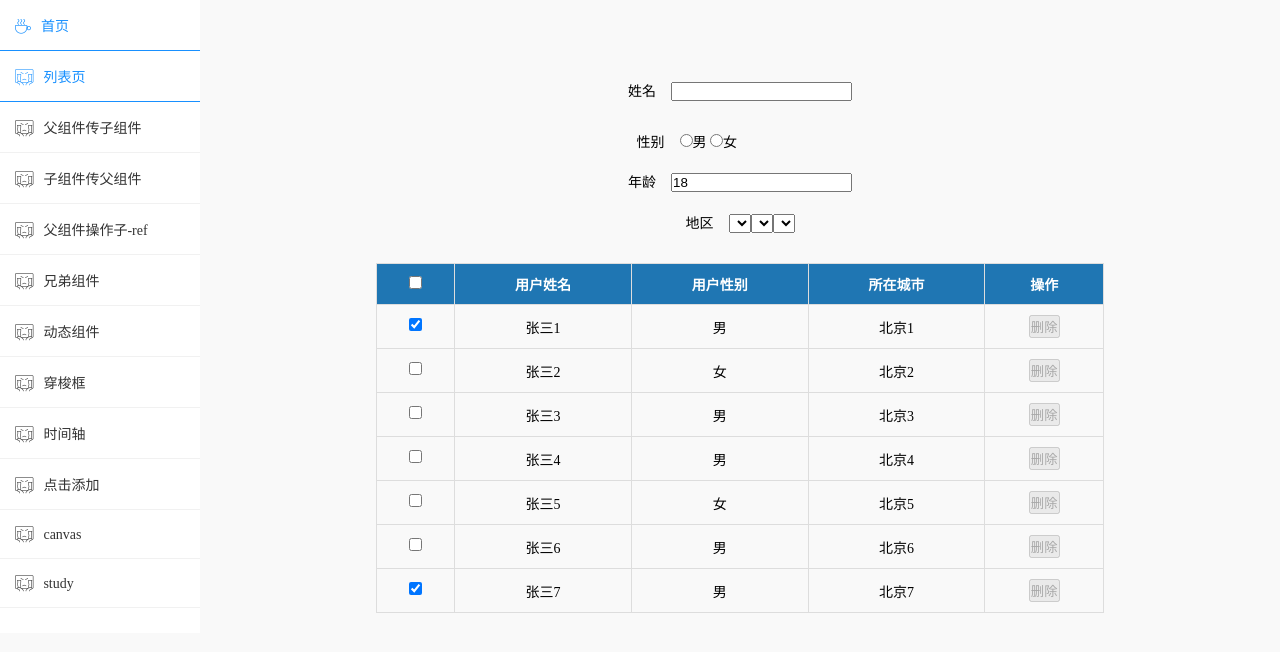
Repository: Serendipity-Zhang/vue-cli4
Page: /list
These files come from the project's save history. The page is drawn as it stood at one moment and after the next save; the edit follows.
The browser window is 1280 px wide. The pictures show the whole page.
The project was rebuilt for these pictures with package versions that can differ from the ones it lists, and the page was loaded fresh each time. Also part of the build but not shown: vue.config.js, src/views/Nav.vue, src/router/routes.js, src/layout/components/Nav.vue.

Above is the page before, as saved 2020-05-24 22:17:18.

After the next save:
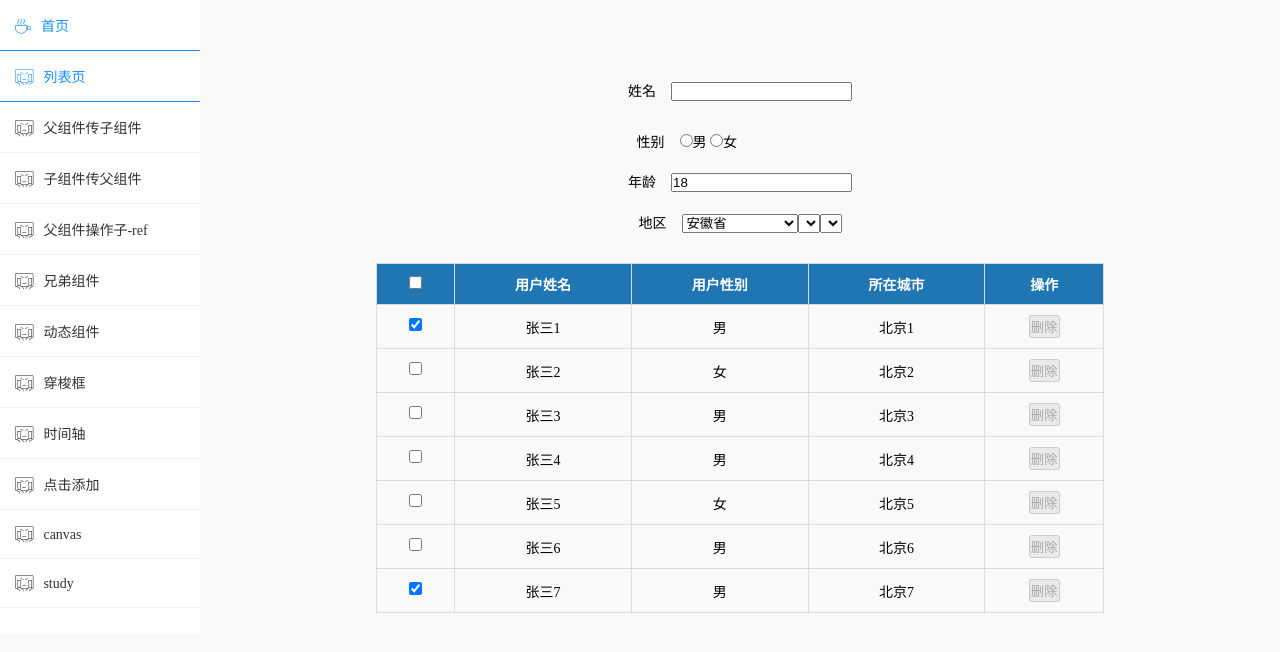
Saved 90 s later.
--- a/src/views/List.vue
+++ b/src/views/List.vue
@@ -27,7 +27,7 @@
         <span>地区</span>
 
         <select name="" id="" v-model="provinceSelect">
-          <option value="" v-for="(v,i) in provice" :key="i"></option>
+          <option value="" v-for="(v,i) in provice" :key="i">{{v.AddName}}</option>
         </select>
          <select name="" id="" v-model="citySelect">
           <option value="" v-for="(v,i) in city" :key="i"></option>
